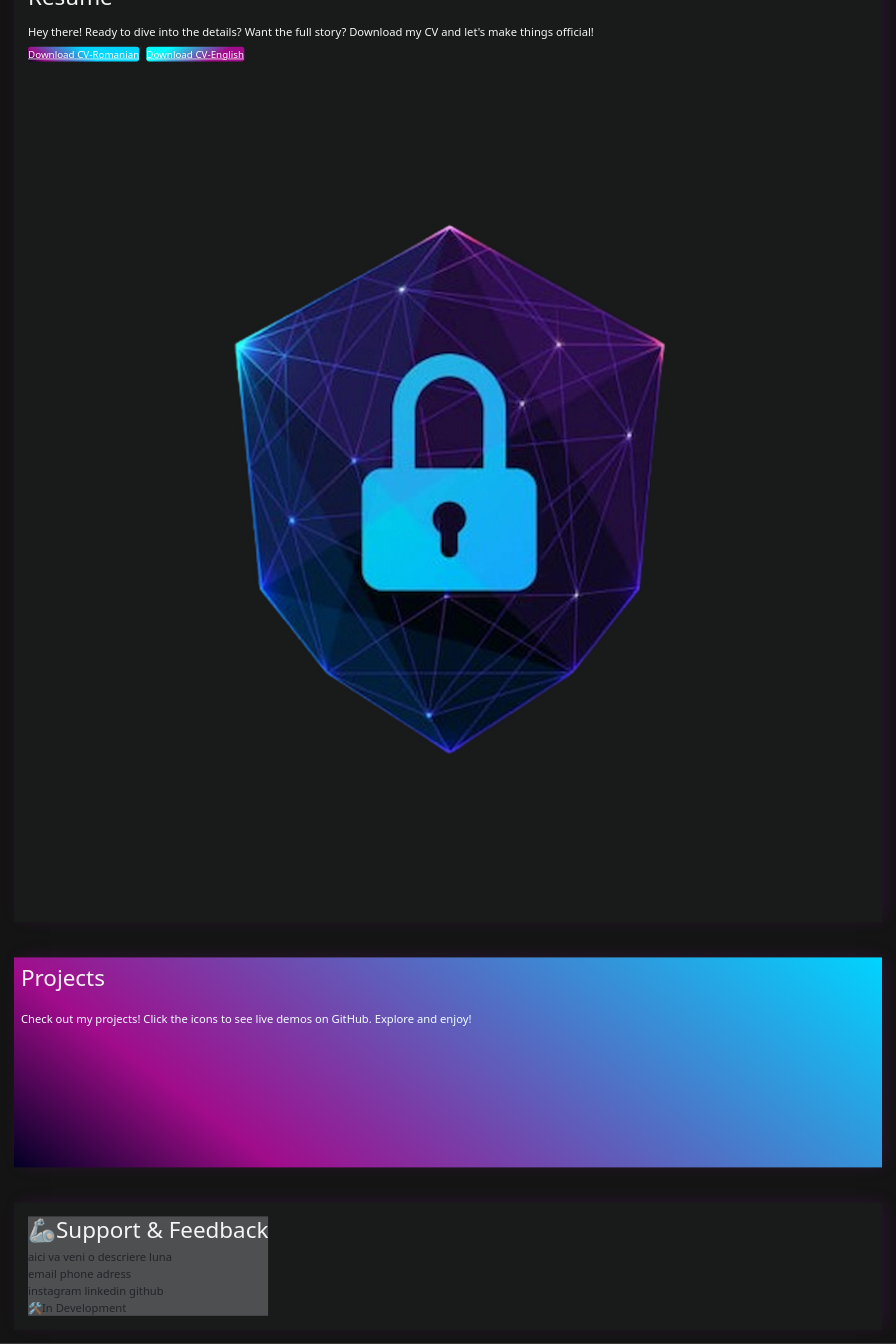
Repository: Sebastiand22/portfolio
Page: index.html
An editor plug-in stored every save of this project. The page is shown before and after a run of saves, followed by the edit.
The browser window is 1280 px wide. The pictures show the part of the page from y = 1854 to 3774 px (the page is 3774 px tall), at 70% of full size.

Above is the page before, as saved 2024-09-15 17:30:57.

### index.html
<!DOCTYPE html>
<html lang="en">
  <head>
    <meta charset="UTF-8" />
    <meta name="viewport" content="width=device-width, initial-scale=1.0" />
    <meta
      name="description"
      content="Sebastian Dunduc - Frontend Developer portfolio showcasing projects, resume, and contact information."
    />
    <title>Portfolio - Sebastian Dunduc</title>

    <link
      href="https://cdn.jsdelivr.net/npm/bootstrap@5.3.0-alpha1/dist/css/bootstrap.min.css"
      rel="stylesheet"
    />
    <link rel="preconnect" href="https://fonts.googleapis.com" />
    <link rel="preconnect" href="https://fonts.gstatic.com" crossorigin />
    <link
      href="https://fonts.googleapis.com/css?family=Roboto:300,400,400i,500,500i,700,900&amp;display=swap"
      rel="stylesheet"
    />
    <link rel="stylesheet" href="index.css" />
  </head>
  <body>
    <section class="big-container">
      <div class="nav-bar navbar navbar-expand-lg">
        <h2 class="name">Sebastian</h2>

        <!-- Toggle button -->
        <button
          class="navbar-toggler"
          type="button"
          data-bs-toggle="collapse"
          data-bs-target="#navbarContent"
          aria-controls="navbarContent"
          aria-expanded="false"
          aria-label="Toggle navigation"
        >
          <svg
            class="navbar-toggler-svg"
            width="24"
            height="24"
            viewBox="0 0 24 24"
            fill="none"
            xmlns="http://www.w3.org/2000/svg"
          >
            <rect x="3" y="6" width="18" height="2" fill="grey" />
            <rect x="3" y="11" width="18" height="2" fill="grey" />
            <rect x="3" y="16" width="18" height="2" fill="grey" />
          </svg>
        </button>

        <!-- Navbar content -->
        <nav class="collapse navbar-collapse" id="navbarContent">
          <ul class="navbar-list navbar-nav ms-auto">
            <li class="nav-item"><a href="#home" class="nav-link">Home</a></li>
            <li class="nav-item">
              <a href="#about" class="nav-link">About me</a>
            </li>
            <li class="nav-item">
              <a href="#resume" class="nav-link">Resume</a>
            </li>
            <li class="nav-item">
              <a href="#project" class="nav-link">Projects</a>
            </li>
            <li class="nav-item">
              <a href="#contact" class="nav-link">Contact</a>
            </li>
          </ul>
        </nav>
      </div>
      <!-- HEADER SECTION -->
      <section class="header-container" id="home">
        <div class="header-section">
          <span class="header-name">I am Sebastian Dunduc</span>
          <h2 class="job-position">Frontend Developer</h2>

          <div class="wrap">
            <a href="#contact">
              <button class="button">
                <span>Contact Me</span>
              </button>
            </a>
          </div>
        </div>
        <picture class="anime">
          <source
            media="(min-width:1280px)"
            srcset="images/me-laptop-1x.webp 1x, images/me-laptop-2x.webp 2x"
          />
          <source
            media="(min-width:768px)"
            srcset="images/me-tablet-1x.webp 1x, images/me-tablet-2x.webp 2x"
          />
          <source
            media="(min-width:320px)"
            srcset="images/me-mobile1x.webp 1x, images/me-mobilee-2x.webp 2x"
          />
          <img class="me-photo" src="images/" alt="Sebastian Dunduc" />
        </picture>
      </section>

      <section class="about-container" id="about">
        <div class="about-section">
          <h2>About me</h2>
          <span class="about-description"
            >I'm passionate about frontend development and constantly pushing
            myself to improve, learning new things every step of the way. When
            I’m not coding, you’ll find me at a party, balancing pixels by day
            and beats by night!</span
          >
          <picture class="pixel-picture">
            <source
              media="(min-width:1280px)"
              srcset="
                images/pixel1x-laptop.webp 1x,
                images/pixel2x-laptop.webp 2x
              "
            />
            <source
              media="(min-width:768px)"
              srcset="
                images/pixel1x-tablet.webp 1x,
                images/pixel2x-tablet.webp 2x
              "
            />
            <source
              media="(min-width:320px)"
              srcset="
                images/pixel1x-mobile.webp 1x,
                images/pixel2x-laptop.webp 2x
              "
            />
            <img
              class="pixel"
              src="images/pixel1x-tablet.webp"
              alt="Sebastian Dunduc"
            />
          </picture>
        </div>
      </section>
      <!-- RESUME SECTION -->
      <section class="resume-container" id="resume">
        <div class="resume-section">
          <h2>Resume</h2>
          <span class="resume-description">
            Hey there! Ready to dive into the details? Want the full story?
            Download my CV and let's make things official!</span
          >

          <div class="button-link">
            <a
              href="./files/Sebastian Dunduc Resume Romana.pdf"
              download="CV-Romanian"
              class="download-button-1"
              >Download CV-Romanian</a
            >
            <a
              href="./files/Sebastian Dunduc-Resume English.pdf"
              download="CV-English"
              class="download-button-2"
              >Download CV-English</a
            >
          </div>

          <picture class="lock-picture">
            <source
              media="(min-width:1280px)"
              srcset="
                images/lock-laptop1x.webp 1x,
                images/lock-laptop2x.webp 2x
              "
            />
            <source
              media="(min-width:768px)"
              srcset="
                images/lock-tablet1x.webp 1x,
                images/lock-tablet2x.webp 2x
              "
            />
            <source
              media="(min-width:320px)"
              srcset="
                images/lock-mobile1x.webp 1x,
                images/lock-mobile2x.webp 2x
              "
            />
            <img
              class="pixel"
              src="images/lock-tablet1x.webp"
              alt="Sebastian Dunduc"
            />
          </picture>
        </div>
      </section>
      <!-- PROJECT SECTION -->
      <section class="project-container" id="project">
        <div class="background-project">
          <div class="project-section">
            <h2>Projects</h2>
            <span class="project-description"
              >Check out my projects! Click the icons to see live demos on
              GitHub. Explore and enjoy!</span
            >
          </div>
        </div>
      </section>
      <!-- FOOTER SECTION -->
      <section class="footer-container" id="contact">
        <div class="footer-section">
          <div class="support-feedback">
            <h2>🦾Support & Feedback</h2>
            <span class="support-description"
              >aici va veni o descriere luna
            </span>

            <div class="contact-details">email phone adress</div>

            <div class="social-details">instagram linkedin github</div>
            <div class="development">🛠In Development</div>
          </div>
        </div>
        <div class="black-footer"> </div>
      </section>
    </section>
    <script src="https://cdn.jsdelivr.net/npm/bootstrap@5.3.0-alpha1/dist/js/bootstrap.bundle.min.js"></script>
  </body>
</html>

### index.css
:root {
  --font-title: "Playfair Display SC", serif;
  --size-title: 30px;
  --font-text: "Roboto Serif", serif;
}
body {
  margin: 0;
  padding: 0;
  box-sizing: border-box;
  width: 100%;
  height: 100%;
}

li {
  list-style-type: none;
}

.big-container {
  display: flex;
  flex-direction: column;
  background-color: rgb(20, 20, 20);
  min-height: 100vh;
  padding: 20px;
  max-width: 100%;
  overflow: hidden;
  gap: 50px;
}

.name {
  font-family: "Roboto", sans-serif;
  font-style: normal;
  font-size: 30px;
  background: linear-gradient(
    37deg,
    rgba(2, 0, 36, 1) 0%,
    rgba(161, 12, 139, 1) 23%,
    rgba(0, 212, 255, 1) 100%
  );
  font-weight: 900;
  text-align: center;
  -webkit-background-clip: text;
  -webkit-text-fill-color: transparent;
}
.name {
  margin-left: 20px;
  margin-top: 8px;
}

.navbar-toggler {
  border: none;
}

.navbar-toggler:focus,
.navbar-toggler:active {
  box-shadow: none; /* Elimină orice umbră de focus */
}
.nav-bar {
  display: flex;
  width: 100%;
  overflow: hidden;
  background-color: #191a1a;
  border-radius: 4px;
}
.navbar-list li {
  display: inline;
  margin-left: 20px;
}

.nav-link {
  color: white;
  transition: color 0.15s ease-in-out, background-color 0.15s ease-in-out,
    border-color 0.15s ease-in-out;
}

.nav-link:hover {
  color: rgb(75, 78, 78);
}

/* HEADER SECTION  */
.header-container {
  background-color: #191a1a;
  height: auto;
  overflow: hidden;
  padding: 20px;
  border-radius: 4px;
}

.header-section {
  display: flex;
  flex-direction: column;
  align-items: center;
}
.header-name {
  font-family: "Roboto", sans-serif;
  font-size: 20px;
  color: rgb(184, 180, 180);
  text-align: center;
}

.job-position {
  font-family: "Roboto", sans-serif;
  font-style: normal;
  font-size: 30px;
  font-weight: 900;
  text-align: center;
  background: radial-gradient(
    circle farthest-side at left center,
    #4e4f51 0%,
    #c9d6d0 100%
  );
  -webkit-background-clip: text;
  -webkit-text-fill-color: transparent;
}

.anime {
  display: block;
  width: 100%;
  height: auto; /* Asigură păstrarea proporțiilor */
  max-width: 100%;

  /* Asigură că imaginea nu depășește lățimea containerului */
}
.anime img {
  margin-top: 20px;
  max-width: 100%;
  height: auto;
  display: none;

  /* Asigură păstrarea proporțiilor */
}

.wrap {
  height: auto;
  display: flex;
  align-items: center;
  justify-content: center;
}
.button {
  position: relative; /* Necesare pentru poziționarea absolută a ::before */
  padding: 10px 20px;
  font-size: 16px;
  color: #fff;
  background: linear-gradient(
    37deg,
    rgba(2, 0, 36, 1) 0%,
    rgba(161, 12, 139, 1) 23%,
    rgba(0, 212, 255, 1) 100%
  );
  border: none;
  border-radius: 4px;
  cursor: pointer;

  overflow: hidden; /* Asigură că ::before nu depășește butonul */
  text-align: center; /* Asigură alinierea textului */
  transition: transform 0.3s ease, box-shadow 0.3s ease, background 0.3s ease;
}

/* Ascunde textul butonului */

.button::before {
  content: "Contact Me";
  position: absolute;
  top: 50%;
  left: 50%;
  transform: translate(-50%, -50%);
  font-size: 16px;
  color: #fff;
  white-space: nowrap;
  transition: opacity 0.1s ease, transform 0.1s ease;
  z-index: 1; /* Asigură că textul este deasupra altor elemente */
}

/* Stiluri pentru hover - schimbarea textului */
.button:hover::before {
  content: "0762 311 886";
  opacity: 1; /* Asigură că textul este vizibil */
  transform: translate(-50%, -50%) rotateX(0deg);
  color: #000000;
}

/* Ascunde textul butonului original la hover */
.button:hover span {
  opacity: 0;
}

/* ABOUT ME SECTION */

.about-container {
  display: flex;
  justify-content: flex-start;
  background-color: #191a1a;
  height: auto;
  overflow: hidden;
  padding: 20px;
  box-shadow: 6px -2px 25px -6px rgba(136, 24, 161, 0.26);
}

.about-section {
  display: flex;
  flex-direction: column;
  gap: 20px;
  overflow: hidden;
}
.pixel-picture {
  display: block;
  width: 100%;
  height: auto; /* Asigură păstrarea proporțiilor */
  max-width: 100%;
}

/* Asigură că imaginea nu depășește lățimea containeului */

.pixel-picture img {
  margin-top: 20px;
  max-width: 100%;
  height: auto;
}

.about-description {
  background-image: url(https://media1.giphy.com/media/v1.Y2lkPTc5MGI3NjExc2Z3Ymp4NWdmbnRwZmdrdzZ4anRvaDQ3NXBjdzNlc25xc3M3aWdtMyZlcD12MV9pbnRlcm5hbF9naWZfYnlfaWQmY3Q9Zw/xGrjBxxEBvWTBtkAk4/giphy.webp);
  background-size: cover;
  color: transparent;
  -moz-background-clip: text;
  -webkit-background-clip: text;
  text-transform: uppercase;
  margin: 10px 0;
}
h2 {
  color: whitesmoke;
}

/* RESUME SECTION */

.download-button-1 {
  position: relative; /* Necesare pentru poziționarea absolută a ::before */
  font-size: 14px;
  color: #fff;
  background: rgb(2, 0, 36);
  background: linear-gradient(
    37deg,
    rgba(2, 0, 36, 1) 0%,
    rgba(161, 12, 139, 1) 14%,
    rgba(0, 212, 255, 1) 54%
  );
  border: none;
  border-radius: 4px;
  cursor: pointer;
  overflow: hidden; /* Asigură că ::before nu depășește butonul */
  text-align: center; /* Asigură alinierea textului */
}
.download-button-2 {
  font-size: 14px;
  color: #fff;
  overflow: hidden;
  background: rgb(161, 12, 139);
  background: linear-gradient(
    329deg,
    rgba(161, 12, 139, 1) 30%,
    rgba(0, 254, 255, 0.9865196078431373) 79%
  );
  border: none;
  border-radius: 4px;
  cursor: pointer;
  overflow: hidden; /* Asigură că ::before nu depășește butonul */
  text-align: center; /* Asigură alinierea textului */
}
.button-link {
  display: flex;
  gap: 10px;
}

.download-button-2:hover {
  color: rgb(11, 11, 11);
}

.resume-container {
  display: flex;
  justify-content: flex-start;
  background-color: #191a1a;
  height: auto;
  overflow: hidden;
  padding: 20px;
  box-shadow: 6px -2px 25px -6px rgba(136, 24, 161, 0.26);
}

.resume-section {
  display: flex;
  flex-direction: column;
  overflow: hidden;
  gap: 10px;
}
.lock-picture {
  display: block;
  width: 100%;
  height: auto; /* Asigură păstrarea proporțiilor */
  max-width: 100%;
  align-items: center;
}

/* Asigură că imaginea nu depășește lățimea containeului */

.lock-picture img {
  max-width: 100%;
  height: auto;
}
.resume-description {
  color: whitesmoke;
}

/* PROJECT SECTION */

.project-container {
  display: flex;
  justify-content: flex-start;
  background-color: #191a1a;
  height: auto;
  overflow: hidden;
  padding: 10px;
  box-shadow: inset;
  background: rgb(2, 0, 36);
  background: linear-gradient(
    37deg,
    rgba(2, 0, 36, 1) 0%,
    rgba(161, 12, 139, 1) 23%,
    rgba(0, 212, 255, 1) 100%
  );
  width: 100%;
  height: 300px;
  box-shadow: 6px -2px 25px -6px rgba(136, 24, 161, 0.26);
}

.project-section {
  display: flex;
  flex-direction: column;
  gap: 20px;
}

.project-description {
  color: azure;
}

/* CONTACT SECTION */

.footer-container {
  box-shadow: 6px -2px 25px -6px rgba(136, 24, 161, 0.26);
  display: flex;
  justify-content: flex-start;
  background-color: #191a1a;
  height: auto;
  overflow: hidden;
  padding: 20px;
}

.footer-section {
  display: flex;
  flex-direction: column;
  gap: 20px;
  overflow: hidden;
  background-color:#4e4f51
}

After the next 2 saves:
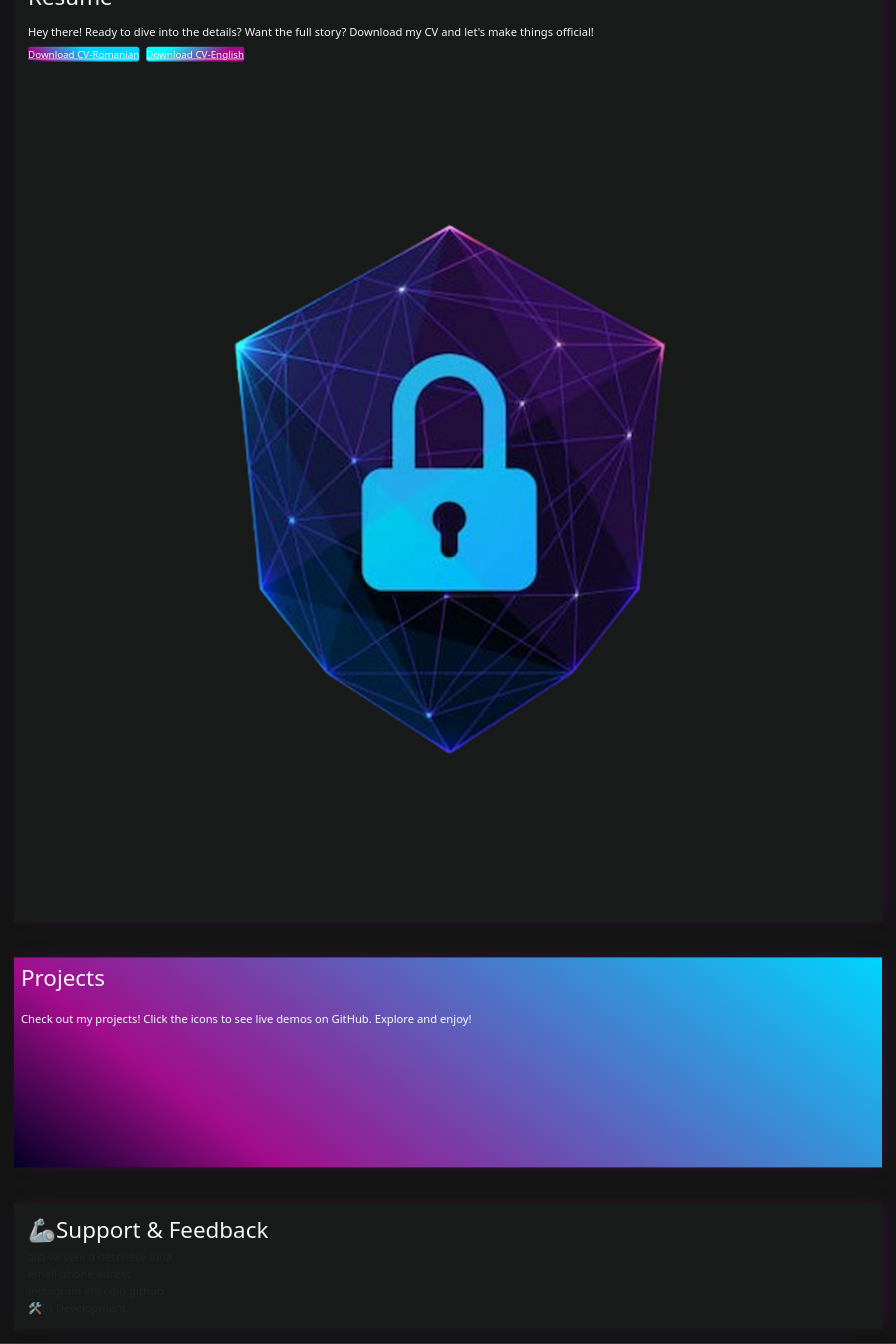
The 2 saves are shown as one change because they came seconds apart.
The last was saved 12 s later.
--- a/index.css
+++ b/index.css
@@ -356,5 +356,5 @@ h2 {
   flex-direction: column;
   gap: 20px;
   overflow: hidden;
-  background-color:#4e4f51
-}
+  background-color:#191a1a
+}
